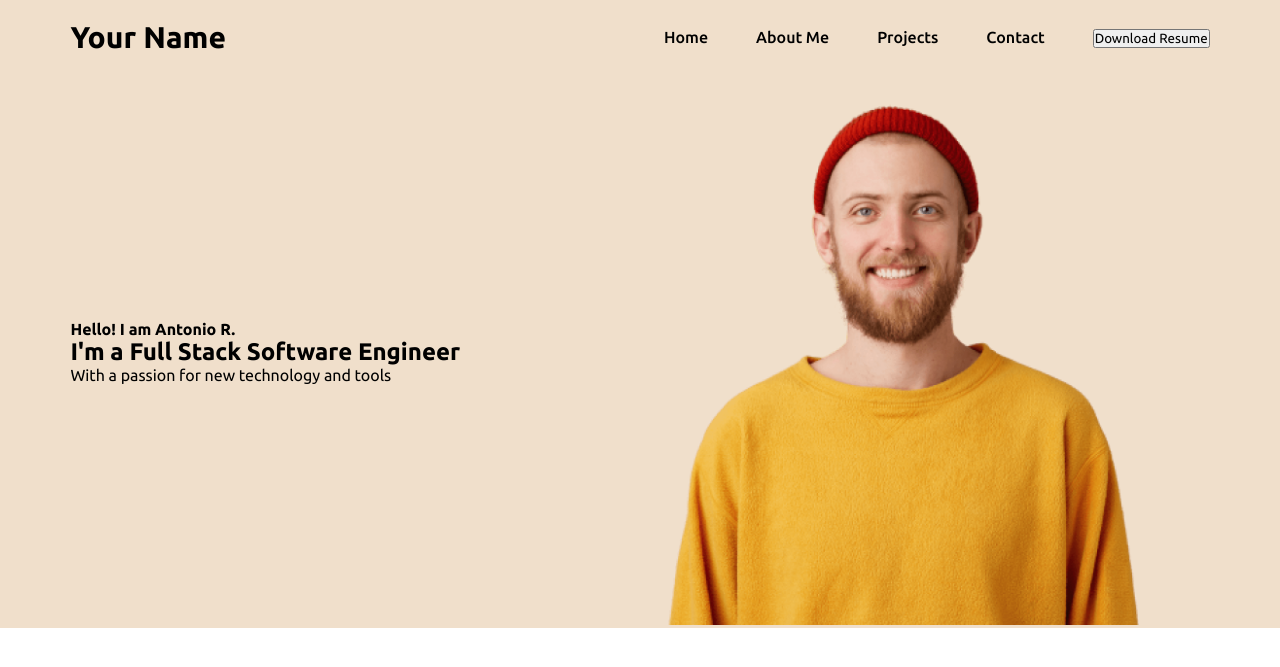
Repository: DevAntonioRogers/vanilla-portfolio
Page: index.html
The author's editor kept a copy of each file at every save. The page is drawn from the files as they stood at one save, then again after the next save.
The browser window is 1280 px wide. The pictures show the whole page.

Above is the page before, as saved 2023-07-14 16:25:26.

### index.html
<!DOCTYPE html>
<html lang="en">
  <head>
    <meta charset="UTF-8" />
    <meta name="viewport" content="width=device-width, initial-scale=1.0" />
    <link rel="stylesheet" href="style.css" />
    <title>Antonio Rogers</title>
  </head>
  <body>
    <nav>
      <div class="container navbar">
        <a href="/" aria-label="Home"> <h1>Your Name</h1></a>
        <ul>
          <li>
            <a href="/" aria-label="Home">Home</a>
          </li>
          <li>
            <a href="/" aria-label="About Me">About Me</a>
          </li>
          <li>
            <a href="/" aria-label="Projects">Projects</a>
          </li>
          <li>
            <a href="/" aria-label="Contact">Contact</a>
          </li>
          <li>
            <a href="/resume.pdf" download aria-label="Download Resume">
              <button class="navbar-button">Download Resume</button>
            </a>
          </li>
        </ul>
      </div>
    </nav>

    <section class="hero">
      <div class="container hero-container">
        <div>
          <h4>Hello! I am Antonio R.</h4>
          <h1>I'm a Full Stack Software Engineer</h1>
          <p>With a passion for new technology and tools</p>
        </div>

        <div>
          <img src="./software.png" alt="" />
        </div>
      </div>
    </section>
  </body>
</html>

### style.css
@import url("https://fonts.googleapis.com/css2?family=Ubuntu:wght@300;400;500;700&display=swap");

* {
  box-sizing: border-box;
  padding: 0;
  margin: 0;
  font-family: "Ubuntu", sans-serif;
}

a {
  text-decoration: none;
  color: inherit;
}

li {
  list-style: none;
}

.container {
  width: 89%;
  margin: auto;
  max-width: 1500px;
}

nav {
  background: #f0dfcb;
  padding: 20px 0;
}

.navbar {
  display: flex;
  justify-content: space-between;
  align-items: center;
}

.navbar h1 {
  font-size: 30px;
  font-weight: 700;
}

.navbar ul {
  display: flex;
  gap: 3rem;
}

.navbar ul li {
  font-weight: 500;
}

/* HERO STYLES */

.hero {
  background-color: #f0dfcb;
}

.hero-container {
  display: grid;
  grid-template-columns: 1fr 1fr;
  align-items: center;
}

.hero-container img {
  height: 550px;
  position: relative;
  mask-size: auto;
}

After the next save:
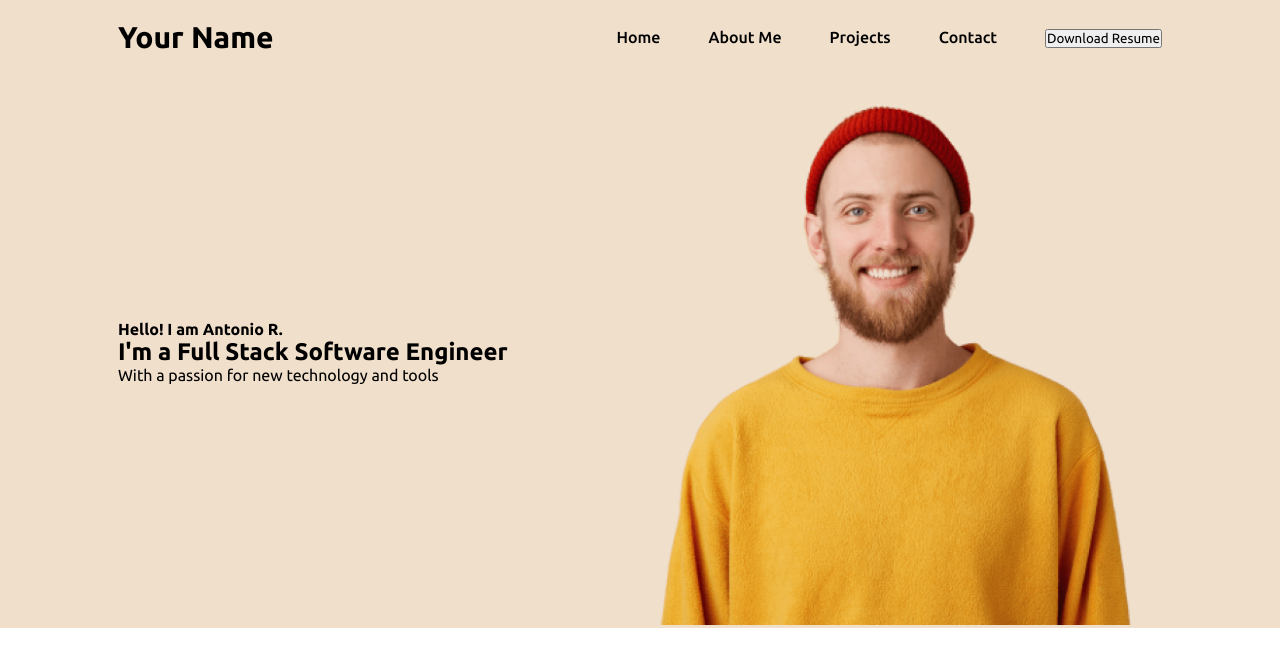
Saved 44 s later.
--- a/style.css
+++ b/style.css
@@ -19,7 +19,7 @@ li {
 .container {
   width: 89%;
   margin: auto;
-  max-width: 1500px;
+  max-width: 1044px;
 }
 
 nav {
